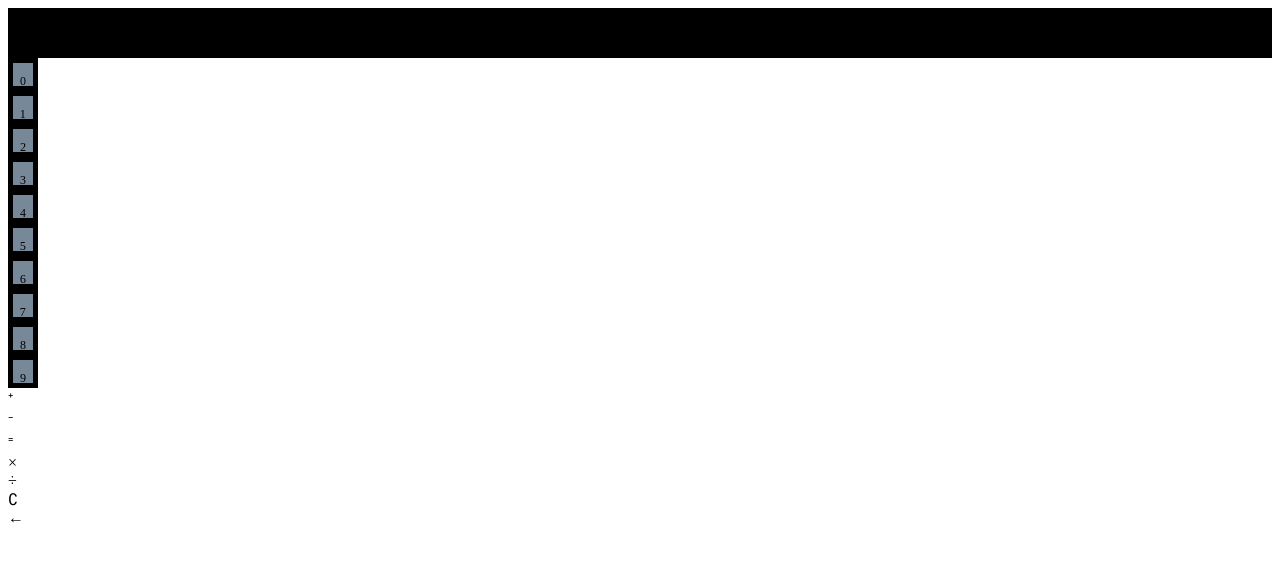
Repository: TEazy2433/LAB-calculator
Page: index.html
These files come from the project's save history. The page is drawn as it stood at one moment and after the next save; the edit follows.
The browser window is 1280 px wide. The pictures show the whole page.

Above is the page before, as saved 2023-10-12 20:59:56.

After the next save:
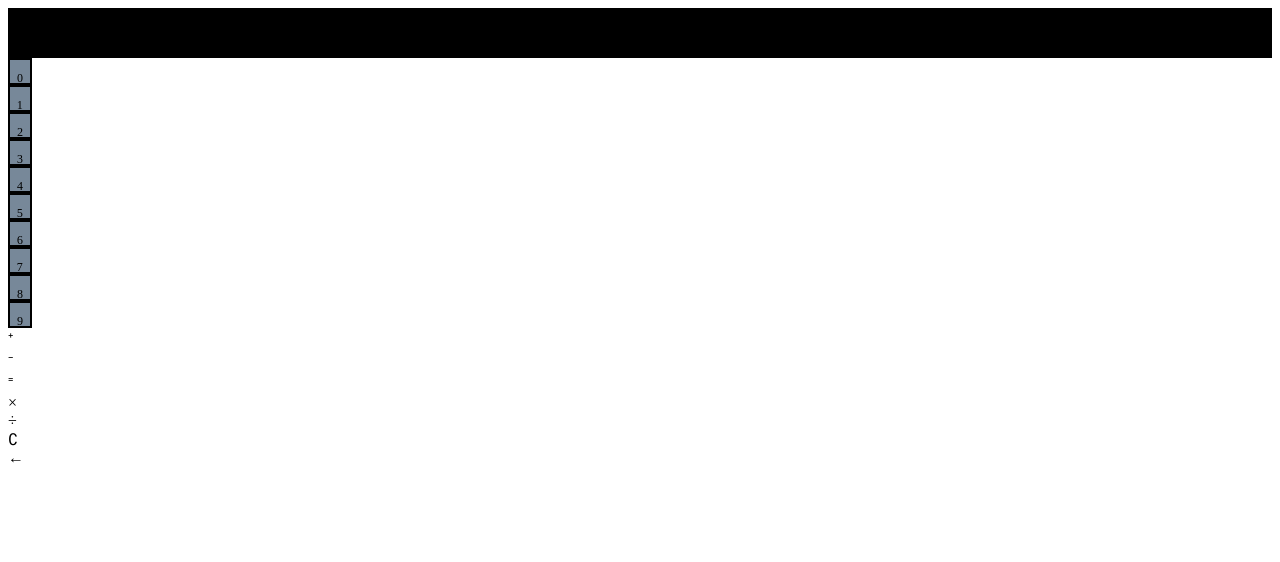
Saved 8 s later.
--- a/main.css
+++ b/main.css
@@ -15,7 +15,7 @@
 .number{
   font-size: 20px;
   width: 20px;
-  border: solid black 5px;
+  border: solid black 2px;
   background-color: lightslategrey;
   text-align: center;
 }
